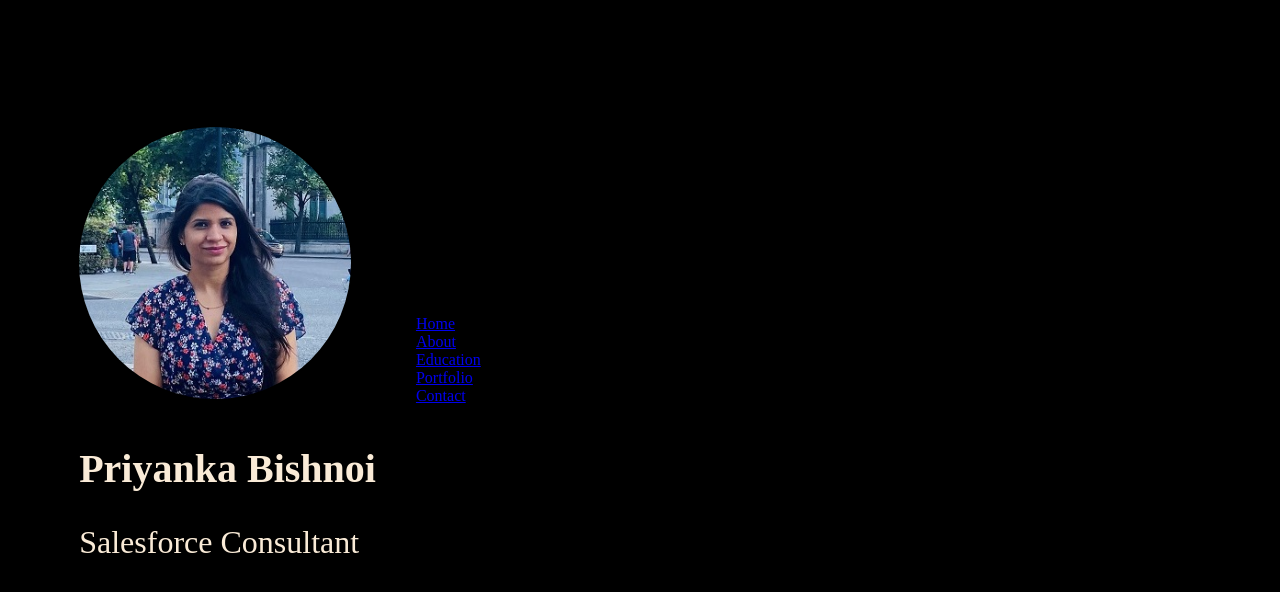
Repository: priyanka-bishnoi/PortfolioPage
Page: MyPage.html
These files come from the project's save history. The page is drawn as it stood at one moment and after the next save; the edit follows.
The browser window is 1280 px wide. The pictures show the whole page.

Above is the page before, as saved 2022-10-07 00:31:21.

### MyPage.html
<!DOCTYPE html>
<html>
<head>
    <link rel="stylesheet" href="css/style.css">
<style>
body {
  background-color: black;
}
</style>
</head>
<body>
<header>
    <div class= "user">
        <img src="Background1.jpg"/>
        <h1 class="name" >Priyanka Bishnoi</h1>
        <p class="post" >Salesforce Consultant</p>
    </div>

    <nav class="navBar">
        <ul>
            <li> <a href="#home">Home</a></li>
            <li> <a href="#about">About</a></li>
            <li> <a href="#education">Education</a></li>
            <li> <a href="#portfolio">Portfolio</a></li>
            <li> <a href="#contact">Contact</a></li>

        </ul>


    </nav>


</header>
</body>
</html>

### css/style.css
header {
    position:fixed;
    top:0; left:0;
    z-index:1000;
    height:100%;
    width:35rem;
    background:black;
    display:flex;
    align-items:center;
    justify-content: center;
}
body{
    background: #111;
}
header .user img {
    height: 17rem;
    width: 17rem;
    border-radius: 50%;
    object-fit: cover;
    margin-bottom: 1rem;
    border: 0.7rem solid var(--yellow);
}
header .user .name {
    font-size: 2.5rem;
    color: antiquewhite;
}
header .user .post{
    font-size: 2rem;
    color: antiquewhite;
}

After the next save:
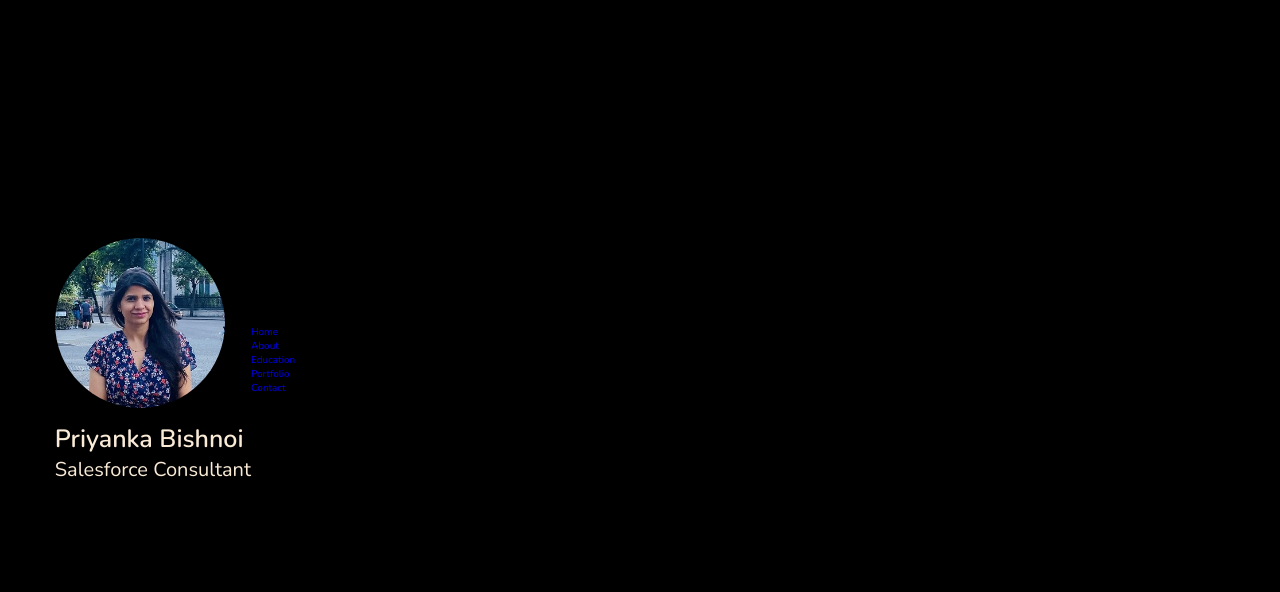
Saved 8 min 29 s later.
--- a/css/style.css
+++ b/css/style.css
@@ -1,3 +1,17 @@
+@import url('https://fonts.googleapis.com/css2?family=Nunito:wght@200;300;400;600&display=swap');
+*{
+    font-family: 'Nunito', sans-serif;
+    margin:0;
+    padding:0;
+    box-sizing:border-box;
+    text-decoration:none;
+    text-transform:capitalize;
+    transition:all .2s linear;
+}
+html {
+    font-size:62.5%;
+    overflow-x:hidden;
+}
 header {
     position:fixed;
     top:0; left:0;
